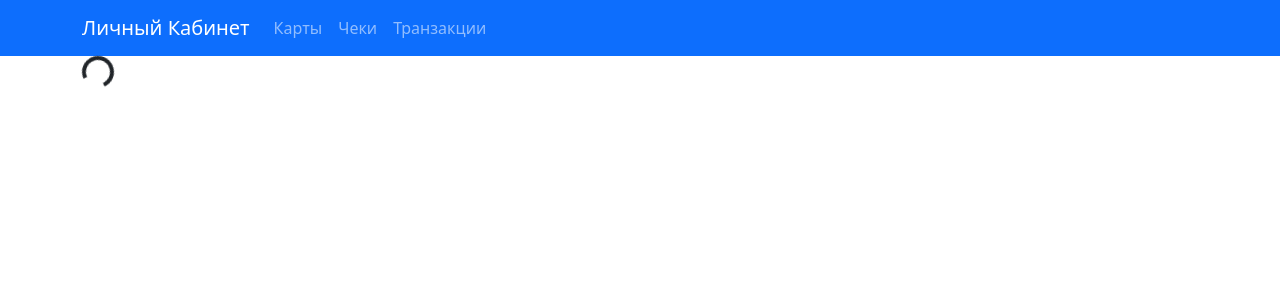
Repository: PGVlasov/cardTask
Page: /
An editor plug-in stored every save of this project. The page is shown before and after the next save, followed by the edit.
The browser window is 1280 px wide. The pictures show the whole page.
The project was rebuilt for these pictures with package versions that can differ from the ones it lists, and the page was loaded fresh each time. Also part of the build but not shown: src/pages/CheckPage.js, src/pages/TransactionsPage.js.

Above is the page before, as saved 2022-06-03 14:02:32.

After the next save:
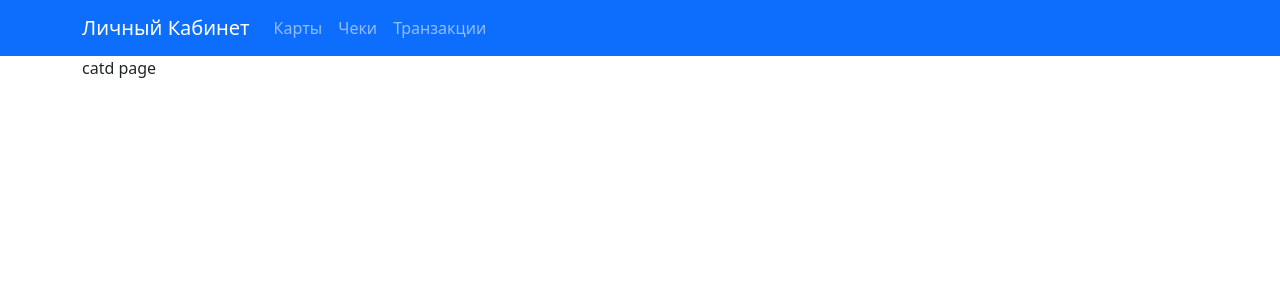
Saved 29 s later.
--- a/src/pages/CardsPage.js
+++ b/src/pages/CardsPage.js
@@ -1,9 +1,3 @@
-import { Loader } from "../components/Loader";
-
 export const CardsPage = () => {
-  return (
-    <div>
-      <Loader />
-    </div>
-  );
+  return <div>catd page</div>;
 };
